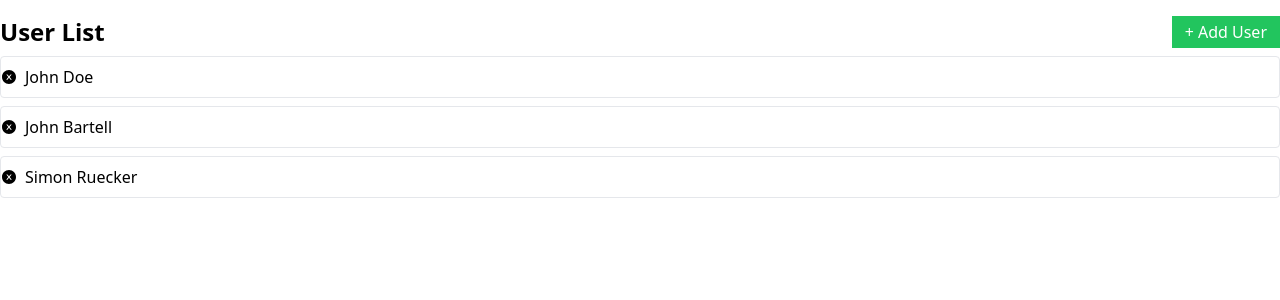
Repository: Marhamat92/users-app-redux-thunk-and-query
Page: /
An editor plug-in stored every save of this project. The page is shown before and after the next save, followed by the edit.
The browser window is 1280 px wide. The pictures show the whole page.
The project was rebuilt for these pictures with package versions that can differ from the ones it lists, and the page was loaded fresh each time. Requests to the local data server were answered from the project's data file.

Above is the page before, as saved 2023-01-31 18:46:18.

After the next save:
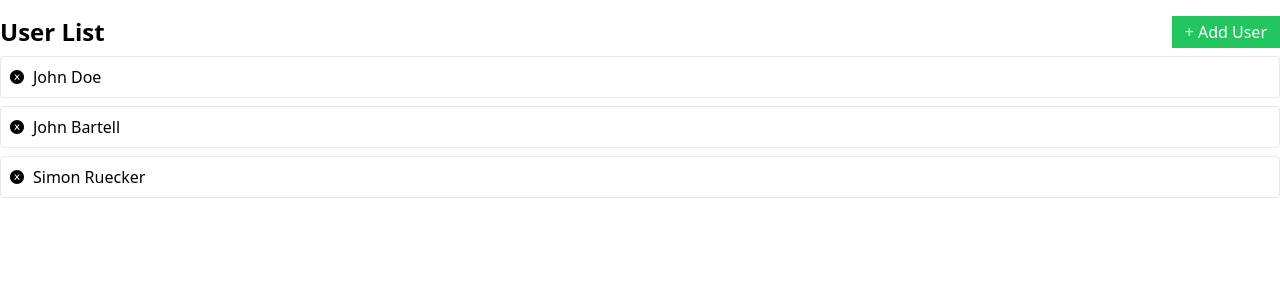
Saved 7 s later.
--- a/src/components/UsersListItem.js
+++ b/src/components/UsersListItem.js
@@ -4,7 +4,7 @@ import { AiFillCloseCircle } from "react-icons/ai";
 
 function UsersListItem({ user }) {
   return (
-    <div className='mb-2 mt-2 border rounded flex items-center'>
+    <div className='mb-2 mt-2 border rounded flex items-center pl-2'>
       <AiFillCloseCircle />
       <div className='flex p-2 justify-between items-center cursor-pointer' >{user.name}</div>
     </div>
